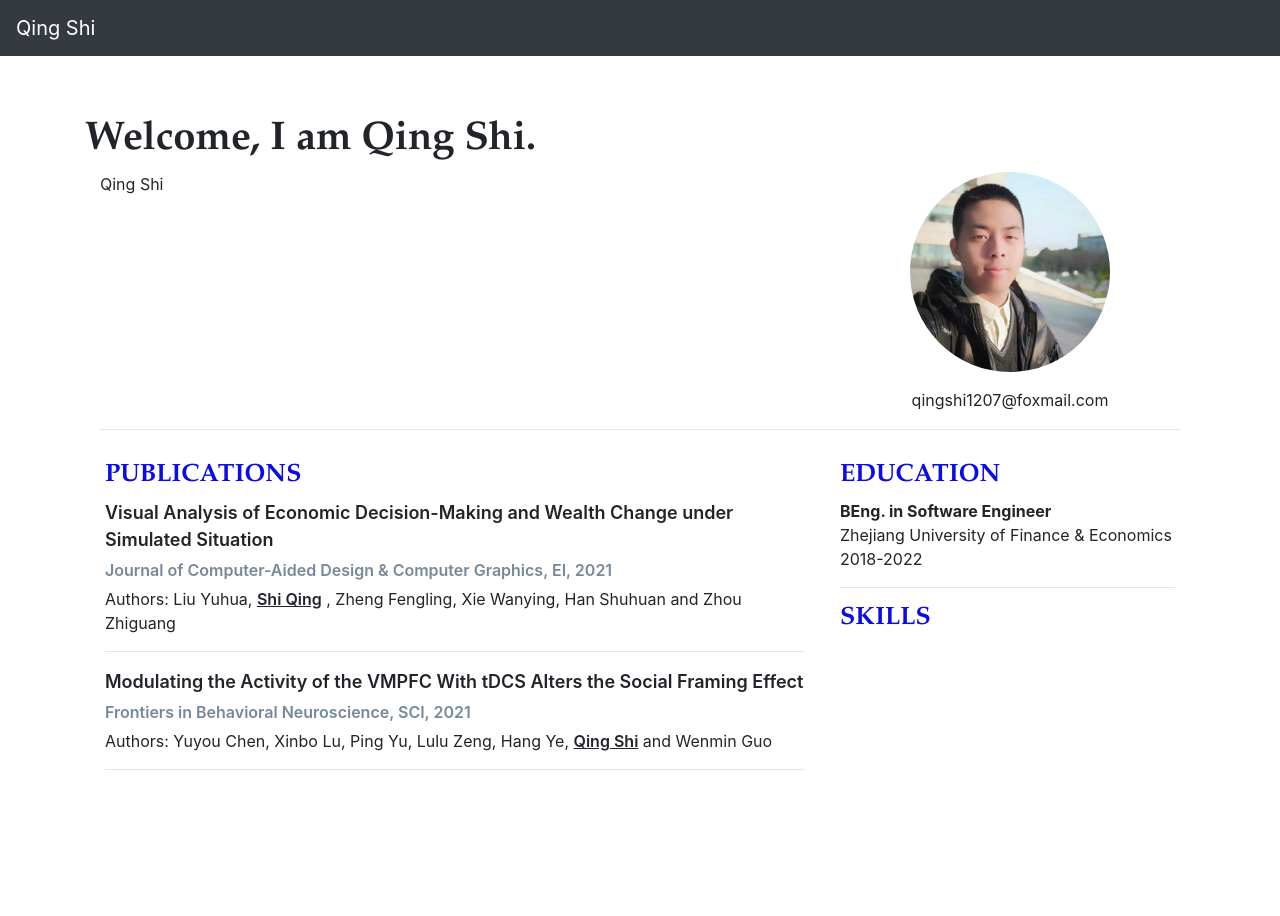
Repository: sqsssq/webpage
Page: index.html
These files come from the project's save history. The page is drawn as it stood at one moment and after the next save; the edit follows.
The browser window is 1280 px wide. The pictures show the whole page.
Some web libraries are served in a nearby version.

Above is the page before, as saved 2022-03-28 10:34:49.

After the next save:
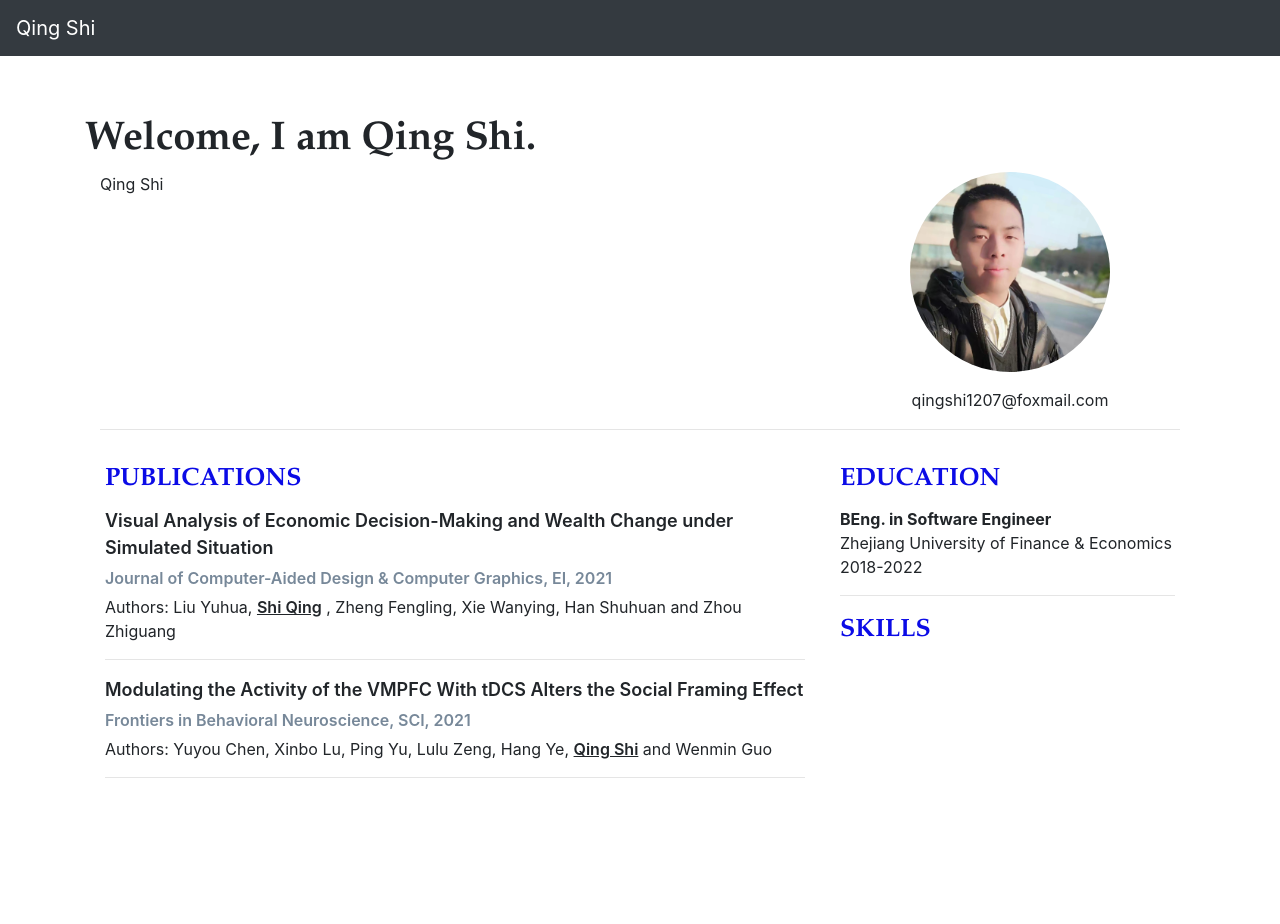
Saved 24 s later.
--- a/css/index.css
+++ b/css/index.css
@@ -41,7 +41,8 @@ body {
     font-weight: bold;
     font-size: 25px;
     color: rgb(11, 11, 230);
-    margin-top: 15px;;
+    margin-top: 15px;
+    line-height: 1.5;
 }
 
 .public {
